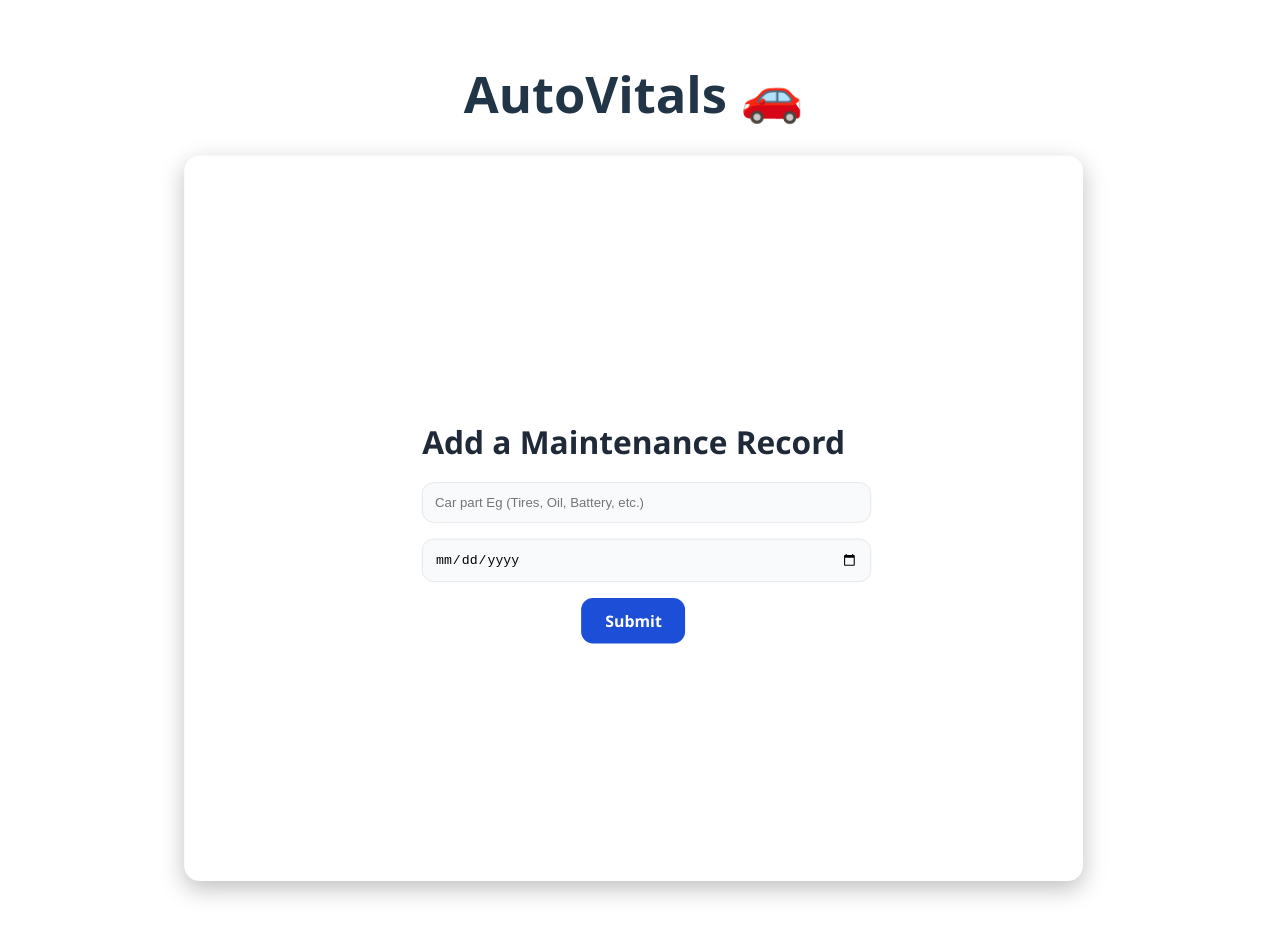
Repository: YoussefAzmires/wevdebautovitals
Page: /add (app in frontend/)
The author's editor kept a copy of each file at every save. The page is drawn from the files as they stood at one save, then again after the next save.
The browser window is 1280 px wide. The pictures show the whole page, at 99% of full size.
The project was rebuilt for these pictures with package versions that can differ from the ones it lists, and the page was loaded fresh each time. Also part of the build but not shown: frontend/vite.config.ts.

Above is the page before, as saved 2025-04-13 15:57:09.

### frontend/src/App.tsx
import './App.css'
import AddMaintenanceRecordsForm from "./components/AddMaintenanceRecordsForm/AddMaintenanceRecordsForm";
function App() {
  return (
    <div>
      <h1>AutoVitals 🚗</h1>
      <AddMaintenanceRecordsForm />
    </div>
  );
}


export default App

### frontend/src/components/AddMaintenanceRecordsForm/AddMaintenanceRecordsForm.tsx
import { JSX } from 'react';
import './AddMaintenanceRecordsForm.css'



export default function AddMaintenanceRecordsForm() : JSX.Element {
    return (
      <form>
        <h2>Add a Maintenance Record</h2>
        <input type="text" placeholder="Car part Eg (Tires, Oil, Battery, etc.)" />
        <br />
        <input type="date" />
        <br />
        <button type="submit">Submit</button>
      </form>
    );
  }

### frontend/src/components/AddMaintenanceRecordsForm/AddMaintenanceRecordsForm.css
form{
  background-color: white;
  padding: 15em;
  border-radius: 16px;
  box-shadow: 0 8px 24px rgba(0, 0, 0, 0.25);
  max-width: 500px;
  margin: 2rem auto;
  font-family: 'Segoe UI',sans-serif;
}
form h2{
  font-size: 2em;
  color: #1f2937;
  margin-bottom: 1rem;

}
input[type="text"],

input[type="date"] {
  width: 100%;
  padding: 0.75rem;
  margin-bottom: 1rem;
  border: 1px solid #e5e7eb;
  border-radius: 12px;
  background-color: #f9fafb;
  transition: border 0.2s ease-in-out;
}
form button{
  background-color: #1d4ed8;
  color: white;
  padding: 0.75rem 1.5rem;
  border: none;
  border-radius: 12px;
  cursor: pointer;
  font-weight: 600;
  transition: background-color 0.2s ease-in-out;
}

form button:hover{
  background-color: #3b82f6;
}

label {
  display: block;
  margin-bottom: 0.25rem;
  color: #374151;
  font-weight: 600;
}

input:focus {
  border-color: #3b82f6;
  outline: none;
  background-color: #fff;
}

Loaded but not shown: frontend/index.html (common file); frontend/src/main.tsx (common file); frontend/src/index.css (common file); frontend/src/App.css (common file)

After the next save:
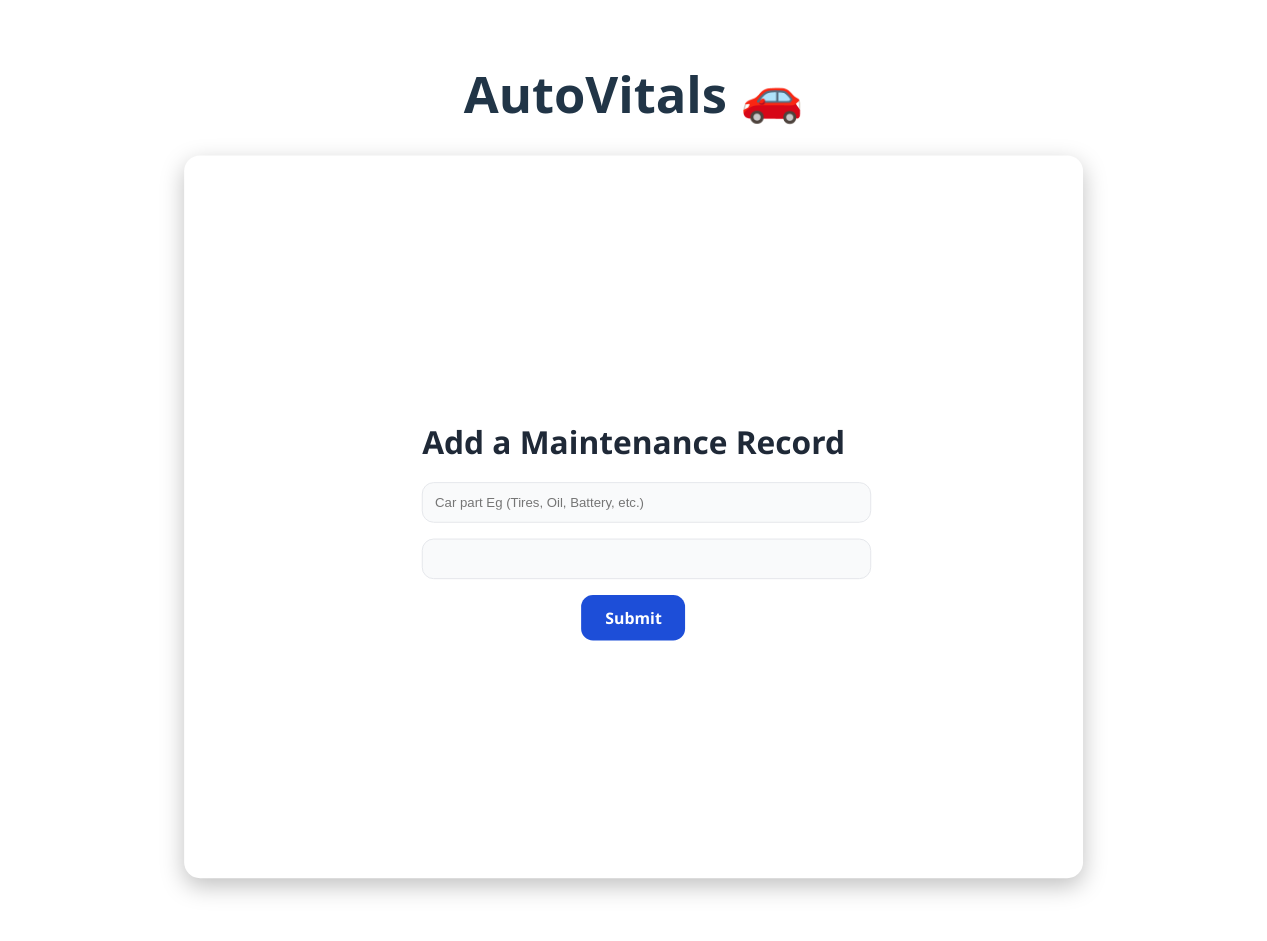
Saved 21 s later.
--- a/frontend/src/components/AddMaintenanceRecordsForm/AddMaintenanceRecordsForm.tsx
+++ b/frontend/src/components/AddMaintenanceRecordsForm/AddMaintenanceRecordsForm.tsx
@@ -9,7 +9,7 @@
         <h2>Add a Maintenance Record</h2>
         <input type="text" placeholder="Car part Eg (Tires, Oil, Battery, etc.)" />
         <br />
-        <input type="date" />
+        <input type="text" />
         <br />
         <button type="submit">Submit</button>
       </form>

After the save that followed:
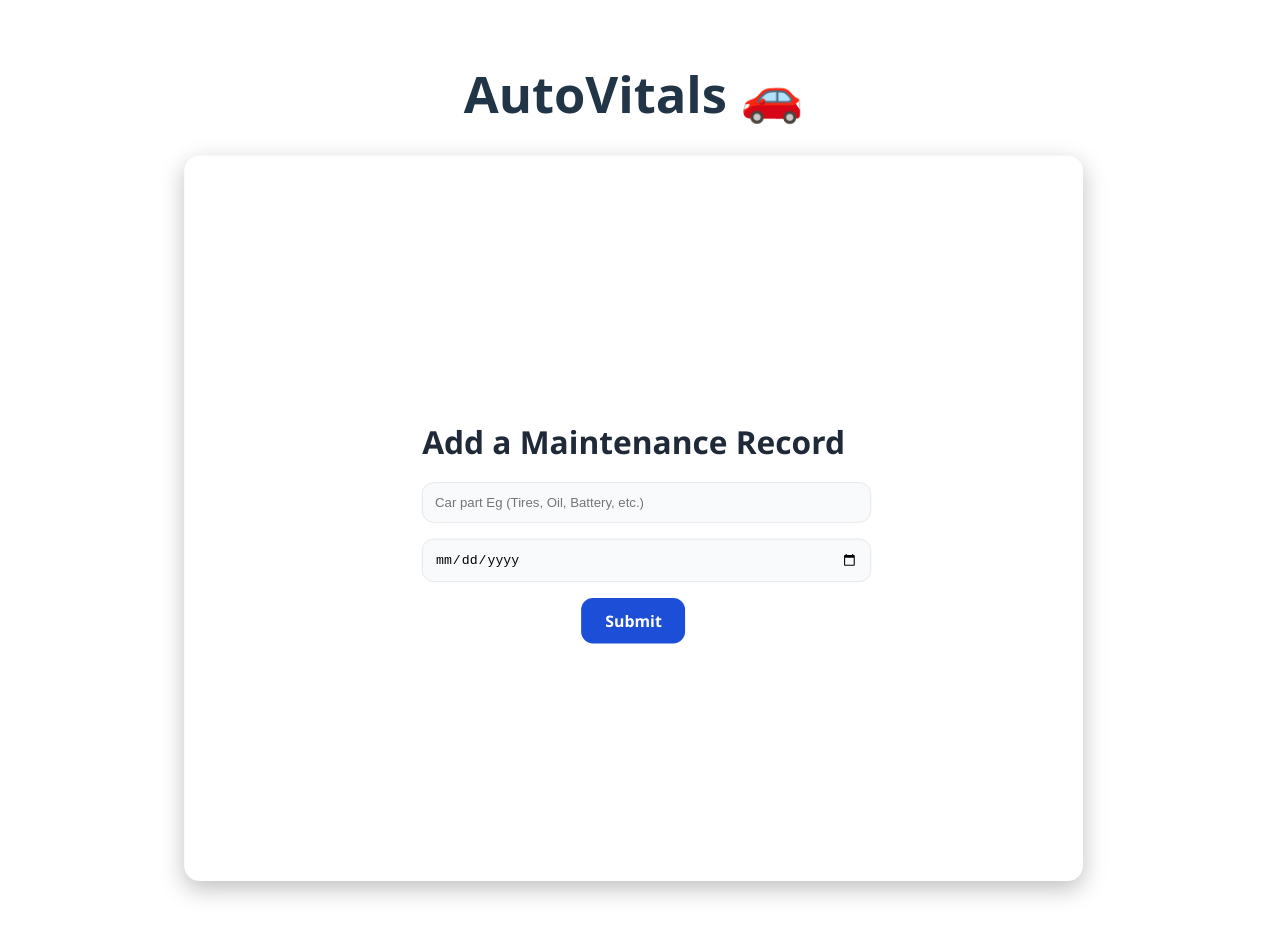
Saved 10 s later.
--- a/frontend/src/components/AddMaintenanceRecordsForm/AddMaintenanceRecordsForm.tsx
+++ b/frontend/src/components/AddMaintenanceRecordsForm/AddMaintenanceRecordsForm.tsx
@@ -9,7 +9,7 @@
         <h2>Add a Maintenance Record</h2>
         <input type="text" placeholder="Car part Eg (Tires, Oil, Battery, etc.)" />
         <br />
-        <input type="text" />
+        <input type="date" />
         <br />
         <button type="submit">Submit</button>
       </form>
